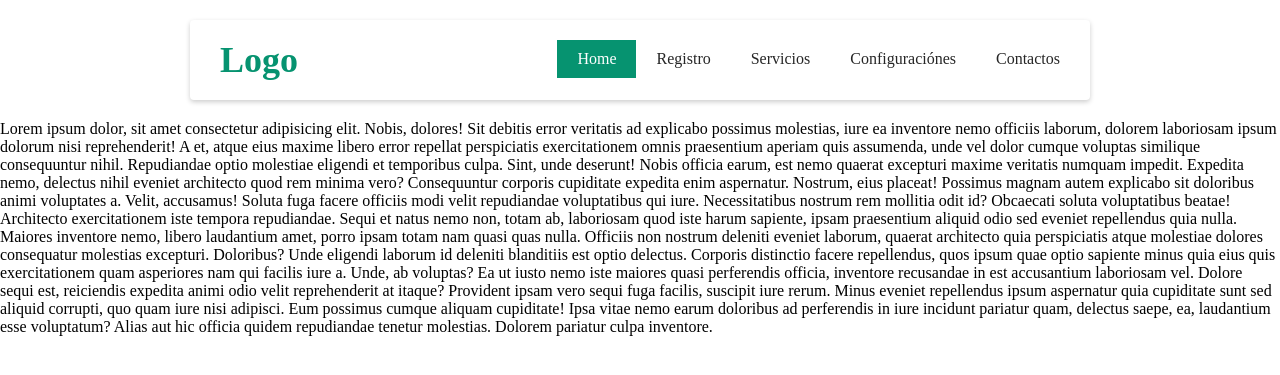
Repository: Sirius018/InventoryGenius
Page: http://localhost/Home
An editor plug-in stored every save of this project. The page is shown before and after the next save, followed by the edit.
The browser window is 1280 px wide. The pictures show the whole page.
The page is this project's Thymeleaf template; nobody is signed in. The template is opened directly, without the code that normally fills it, so the values that code supplies are empty.

Above is the page before, as saved 2023-06-05 03:29:33.

After the next save:
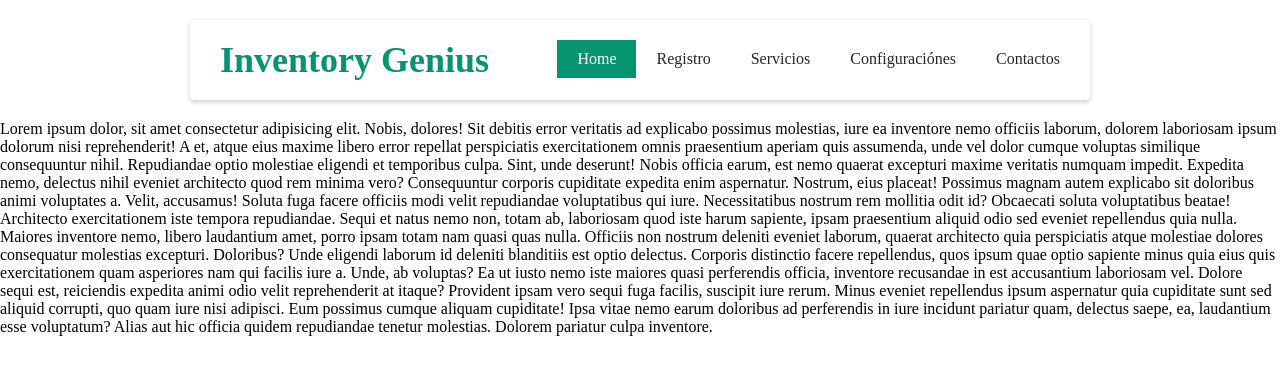
Saved 29 s later.
--- a/ADW/InventoryGenius/src/main/resources/templates/Home.html
+++ b/ADW/InventoryGenius/src/main/resources/templates/Home.html
@@ -12,7 +12,7 @@
 
 <header>
         <div class="header">
-            <a class="logo" href="#">Logo</a>
+            <a class="logo" href="#">Inventory Genius</a>
         <div class="menu-toggle"></div>
         <nav>
             <ul>
